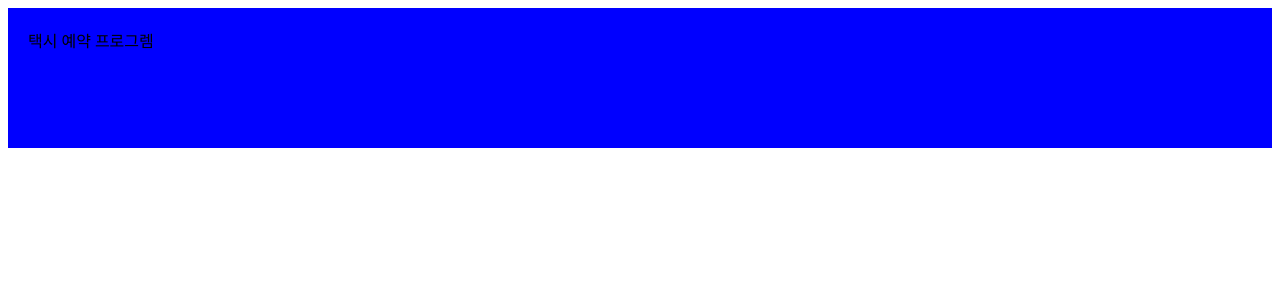
Repository: juntae710/acorn_web
Page: http://localhost/prj0828/택시/index.jsp
An editor plug-in stored every save of this project. The page is shown before and after the next save, followed by the edit.
The browser window is 1280 px wide. The pictures show the whole page.
The page is served by Tomcat 9.

Above is the page before, as saved 2023-08-28 02:40:14.

After the next save:
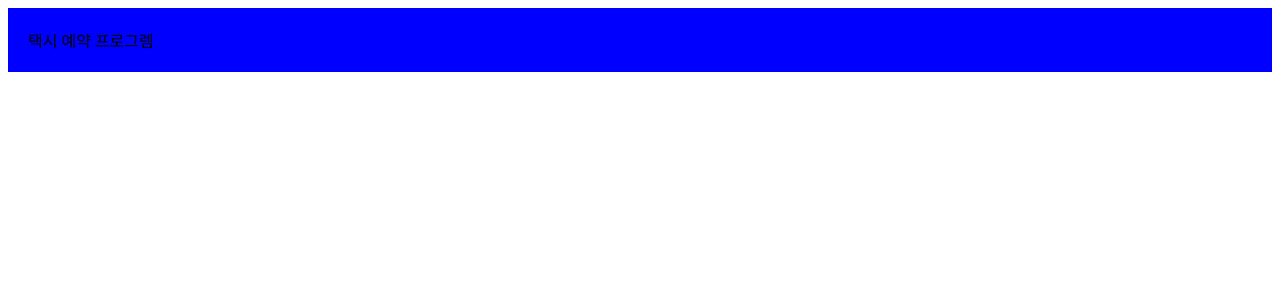
Saved 9 s later.
--- a/prj0828/src/main/webapp/css/index.css
+++ b/prj0828/src/main/webapp/css/index.css
@@ -1,6 +1,5 @@
 @charset "UTF-8";
 header{
-	height: 100px;
 	padding: 20px;
 	/*color: blue;*/
 	background-color: blue;
